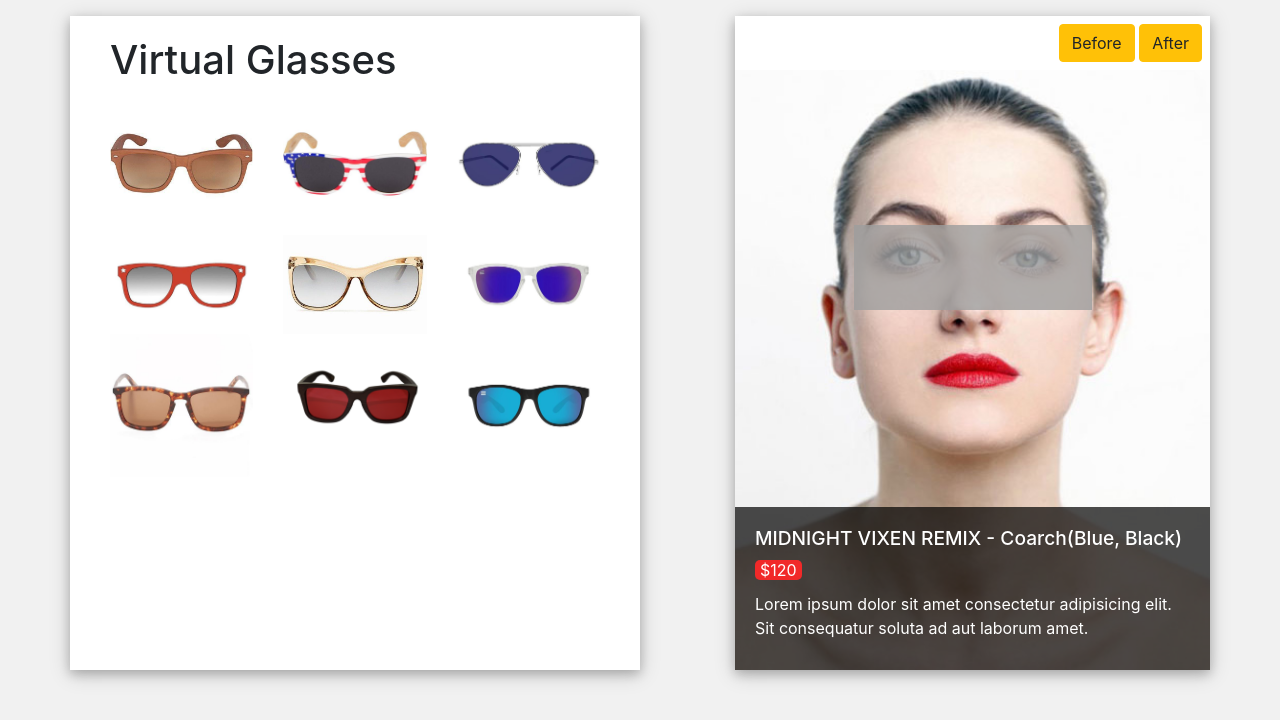
Repository: Khoi300399/BC35E_ES6_B2_MaThanhKhoi
Page: index.html
An editor plug-in stored every save of this project. The page is shown before and after the next save, followed by the edit.
The browser window is 1280 px wide. The pictures show the whole page.
After loading, the first visible `img` was clicked once.
Pictures or frames that could not be fetched are drawn as grey boxes.

Above is the page before, as saved 2022-10-21 23:53:11.

After the next save:
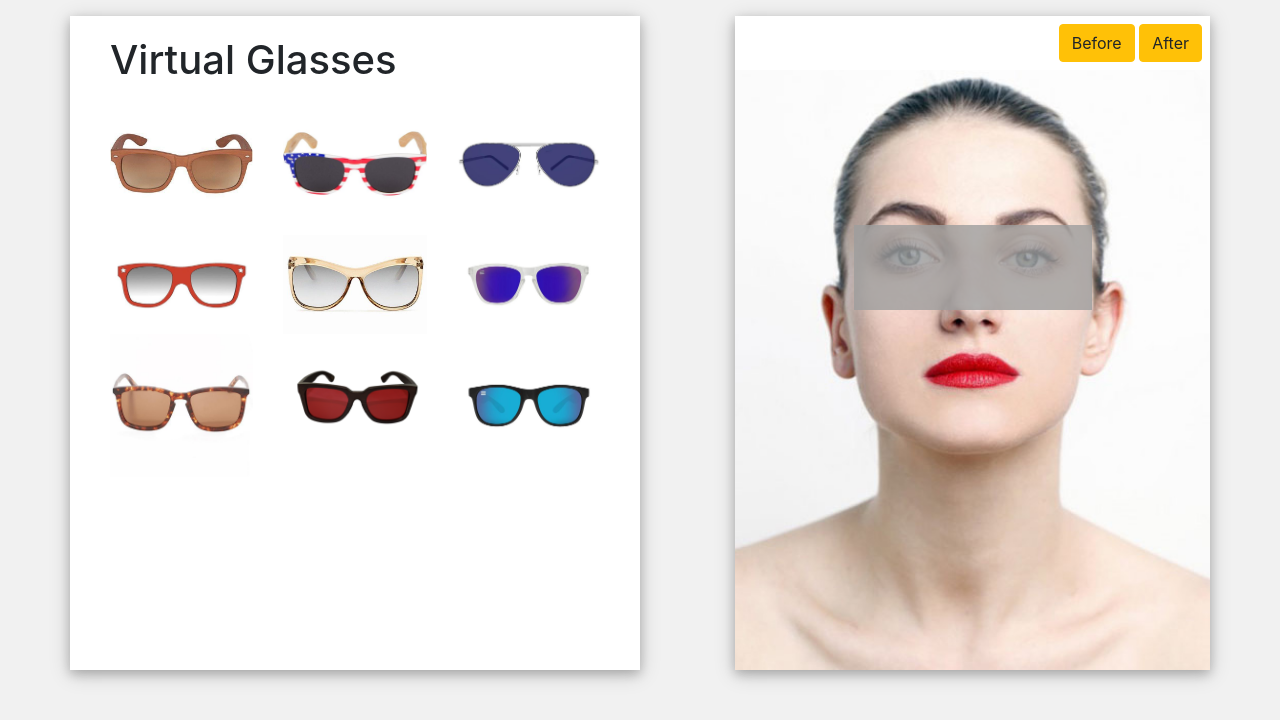
Saved 21 s later.
--- a/js/main.js
+++ b/js/main.js
@@ -122,6 +122,8 @@
     `;
   document.querySelector("#avatar").innerHTML = imgGlasses;
   document.querySelector("#avatar img").style.opacity = 0.8;
+
+  document.querySelector("#glassesInfo").style.display = "none";
 };
 
 let removeGlasses = () => {

After the save that followed:
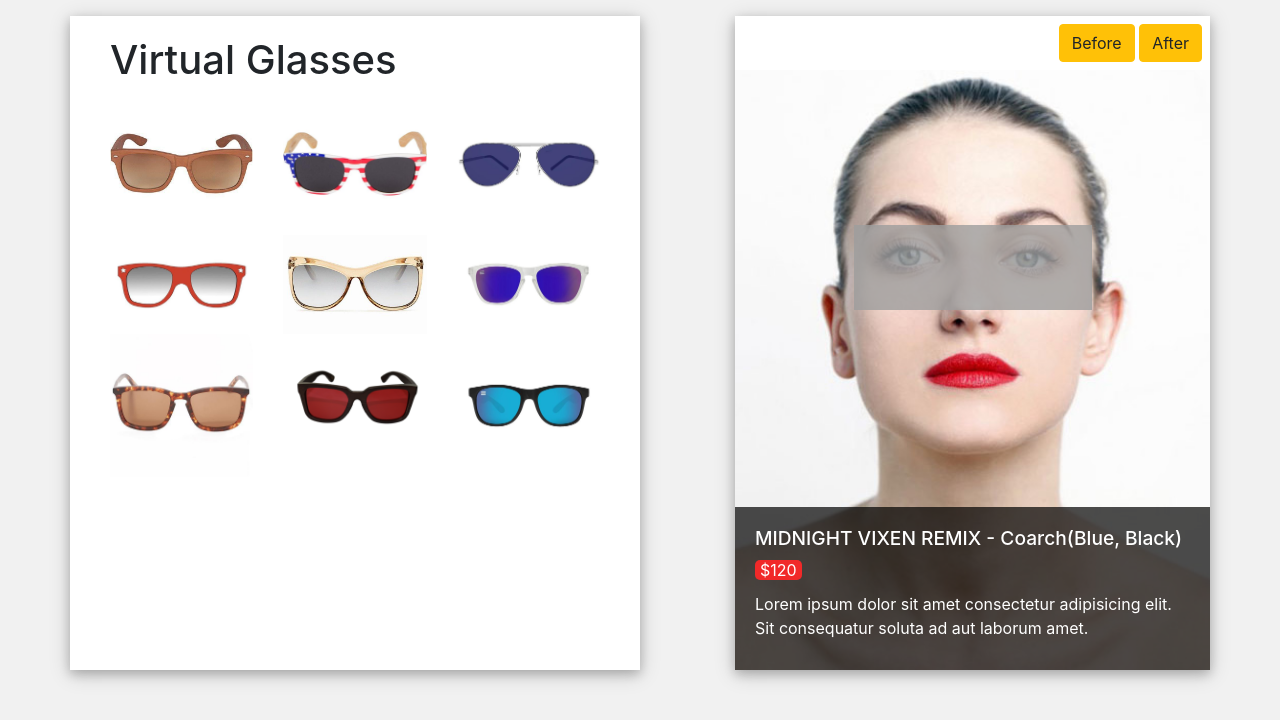
Saved 5 s later.
--- a/js/main.js
+++ b/js/main.js
@@ -123,7 +123,7 @@
   document.querySelector("#avatar").innerHTML = imgGlasses;
   document.querySelector("#avatar img").style.opacity = 0.8;
 
-  document.querySelector("#glassesInfo").style.display = "none";
+  document.querySelector("#glassesInfo").style.display = "block";
 };
 
 let removeGlasses = () => {
